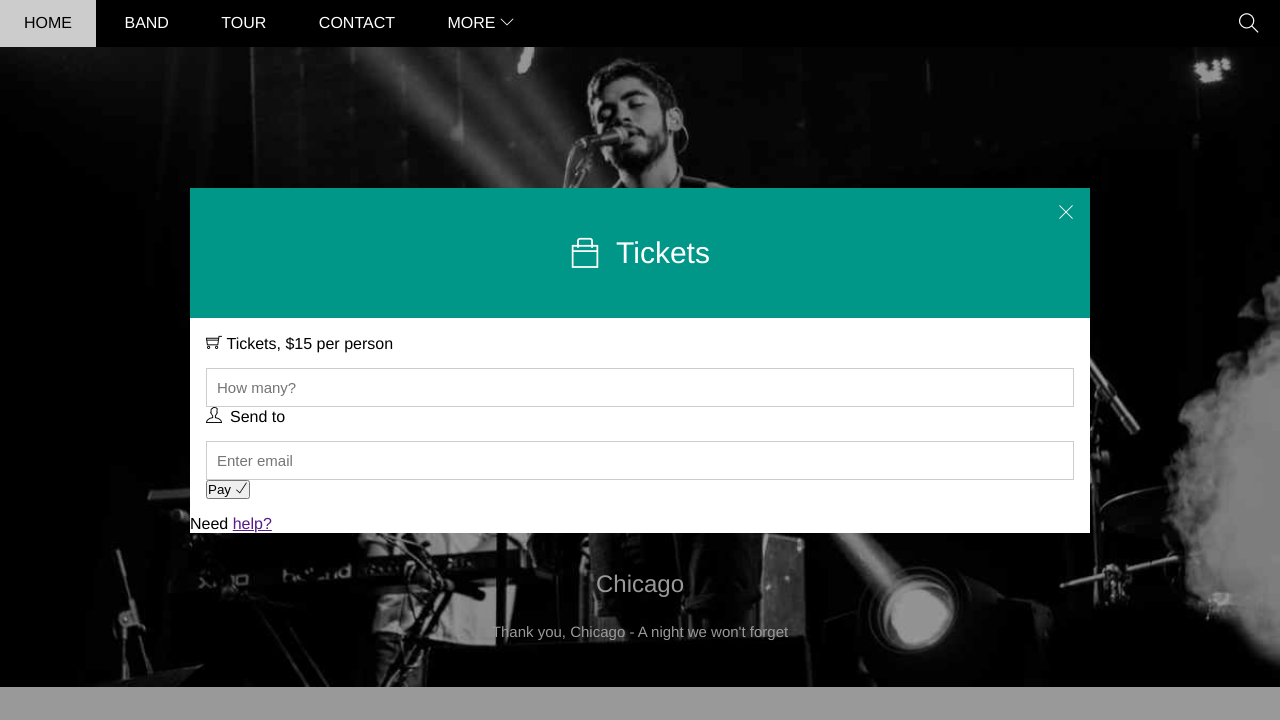
Repository: qhoa25623/The-Band
Page: index.html
The author's editor kept a copy of each file at every save. The page is drawn from the files as they stood at one save, then again after a run of saves.
The browser window is 1280 px wide. The pictures show the window.
A layer covers the whole window, so only the first screen is drawn.

Above is the page before, as saved 2022-04-27 23:05:07.

### index.html
<!DOCTYPE html>
<html lang="en">
  <head>
    <meta charset="UTF-8" />
    <meta http-equiv="X-UA-Compatible" content="IE=edge" />
    <meta name="viewport" content="width=device-width, initial-scale=1.0" />
    <title>Document</title>
    <link rel="stylesheet" href="./assets/css/styles.css" />
    <link
      rel="stylesheet"
      href="./assets/fonts/themify-icons/themify-icons.css"
    />
  </head>
  <body>
    <div id="main">
      <div id="header">
        <ul id="nav">
          <li><a href="">Home</a></li>
          <li><a href="">Band</a></li>
          <li><a href="">Tour</a></li>
          <li><a href="">Contact</a></li>
          <li>
            <a href="">
              More
              <i class="nav-arrow-down ti-angle-down"></i>
            </a>
            <ul class="subnav">
              <li><a href="">Merchandise</a></li>
              <li><a href="">Extras</a></li>
              <li><a href="">Media</a></li>
            </ul>
          </li>
        </ul>
        <div class="search-btn">
          <i class="search-icon ti-search"></i>
        </div>
      </div>
      <div id="slider">
        <div class="text-content">
          <h2 class="text-heading">Chicago</h2>
          <div class="text-description">
            Thank you, Chicago - A night we won't forget
          </div>
        </div>
      </div>
      <div id="content">
        <!-- About section-->
        <div class="content-section">
          <h2 class="section-heading">THE BAND</h2>
          <p class="section-sub-heading">We love music</p>
          <p class="about-text">
            We have created a fictional band website. Lorem ipsum dolor sit
            amet, consectetur adipiscing elit, sed do eiusmod tempor incididunt
            ut labore et dolore magna aliqua. Ut enim ad minim veniam, quis
            nostrud exercitation ullamco laboris nisi ut aliquip ex ea commodo
            consequat. Duis aute irure dolor in reprehenderit in voluptate velit
            esse cillum dolore eu fugiat nulla pariatur. Excepteur sint occaecat
            cupidatat non proident, sunt in culpa qui officia deserunt mollit
            anim id est laborum consectetur adipiscing elit, sed do eiusmod
            tempor incididunt ut labore et dolore magna aliqua. Ut enim ad minim
            veniam, quis nostrud exercitation ullamco laboris nisi ut aliquip ex
            ea commodo consequat.
          </p>
          <div class="member-list">
            <div class="member-item">
              <p class="member-name">Name</p>
              <img
                src="./assets/img/band/member1.jpg"
                alt="Name"
                class="member-img"
              />
            </div>
            <div class="member-item">
              <p class="member-name">Name</p>
              <img
                src="./assets/img/band/member1.jpg"
                alt="Name"
                class="member-img"
              />
            </div>
            <div class="member-item">
              <p class="member-name">Name</p>
              <img
                src="./assets/img/band/member1.jpg"
                alt="Name"
                class="member-img"
              />
            </div>
            <div class="clear"></div>
          </div>
        </div>

        <!-- Tour section-->
        <div class="tour-section">
          <div class="content-section">
            <h2 class="section-heading text-white">TOUR DATES</h2>
            <p class="section-sub-heading text-white">
              Remember to book your tickets!
            </p>
            <ul class="tickets-list">
              <li>September <span class="sold-out">Sold out</span></li>
              <li>October <span class="sold-out">Sold out</span></li>
              <li>November <span class="quantity">3</span></li>
            </ul>
            <!-- Places-->
            <div class="places-list">
              <div class="place-item">
                <img
                  src="./assets/img/places/place1.jpg"
                  alt="New York"
                  class="place-img"
                />
                <div class="place-body">
                  <h3 class="place-heading">New York</h3>
                  <p class="place-time">Fri 27 Nov 2016</p>
                  <p class="place-desc">
                    Praesent tincidunt sed tellus ut rutrum sed vitae justo.
                  </p>
                  <a href="#" class="place-buy-btn">Buy Tickets</a>
                </div>
              </div>

              <div class="place-item">
                <img
                  src="./assets/img/places/place2.jpg"
                  alt="New York"
                  class="place-img"
                />
                <div class="place-body">
                  <h3 class="place-heading">Paris</h3>
                  <p class="place-time">Sat 28 Nov 2016</p>
                  <p class="place-desc">
                    Praesent tincidunt sed tellus ut rutrum sed vitae justo.
                  </p>
                  <a href="#" class="place-buy-btn">Buy Tickets</a>
                </div>
              </div>

              <div class="place-item">
                <img
                  src="./assets/img/places/place3.jpg"
                  alt="New York"
                  class="place-img"
                />
                <div class="place-body">
                  <h3 class="place-heading">San Francisco</h3>
                  <p class="place-time">Sun 29 Nov 2016</p>
                  <p class="place-desc">
                    Praesent tincidunt sed tellus ut rutrum sed vitae justo.
                  </p>
                  <a href="#" class="place-buy-btn">Buy Tickets</a>
                </div>
              </div>
              <div class="clear"></div>
            </div>
          </div>
        </div>

        <!-- Contact section-->
        <div class="content-section">
          <h2 class="section-heading">CONTACT</h2>
          <p class="section-sub-heading">Fan? Drop a note!</p>
        </div>
      </div>
      <div id="footer"></div>
    </div>
    <div class="modal">
      <div class="modal-container">
        <div class="modal-close">
          <i class="ti-close"></i>
        </div>
        <header class="modal-header">
          <i class="modal-heading-icon ti-bag"></i>
          Tickets
        </header>
        <div class="modal-body">
          <label for="" class="modal-label">
            <i class="ti-shopping-cart"></i>
            Tickets, $15 per person
          </label>
          <input type="text" class="modal-input" placeholder="How many?" />

          <label for="" class="modal-label">
            <i class="ti-user"> </i>
            Send to
          </label>
          <input type="text" class="modal-input" placeholder="Enter email" />

          <button id="buy-tickets">
            Pay
            <i class="ti-check"></i>
          </button>
        </div>
        <footer class="modal-footer">
          <p class="modal-help">Need <a href="">help?</a></p>
        </footer>
      </div>
    </div>
  </body>
</html>

### assets/css/styles.css
/* Reset CSS */
* {
  padding: 0;
  margin: 0;
  box-sizing: border-box;
}
html {
  font-family: Helvetica, Arial, sans-serif;
}
.clear {
  clear: both;
}
.text-white {
  color: #fff !important;
}
#main {
}
#header {
  position: fixed;
  top: 0;
  left: 0;
  right: 0;
  height: 46.5px;
  background-color: #000;
  z-index: 1;
}
#nav {
  display: inline-block;
}
#nav,
.subnav {
  list-style-type: none;
}
#nav > li {
  display: inline-block;
}
#nav li {
  position: relative;
}
#nav > li > a {
  color: #fff;
  text-transform: uppercase;
}
#nav li a {
  text-decoration: none;
  line-height: 46.5px;
  padding: 0 24px;
  display: block;
}
#nav li:hover .subnav {
  display: block;
}
#nav > li:hover > a,
#nav .subnav li:hover a {
  color: #000;
  background-color: #ccc;
}
#nav .subnav {
  min-width: 160px;
  top: 100%;
  left: 0;
  display: none;
  position: absolute;
  background-color: #fff;
  box-shadow: 0 0 10px rgba(0, 0, 0, 0.3);
}
#nav .subnav a {
  color: #000;
  padding: 0 16px;
  line-height: 38.5px;
}
#nav .nav-arrow-down {
  font-size: 14px;
}
#header .search-btn {
  float: right;
  padding: 0 21px;
}
#header .search-btn:hover {
  background-color: #f44336;
}
#header .search-icon {
  color: #fff;
  font-size: 20px;
  line-height: 46.5px;
}
#slider {
  position: relative;
  margin-top: 46.5px;
  padding-top: 50%;
  background: url("/assets/img/slider/slider1.jpg") top center / cover no-repeat;
}
#slider .text-content {
  position: absolute;
  bottom: 47px;
  color: #fff;
  left: 50%;
  transform: translateX(-50%);
  text-align: center;
}
#slider .text-heading {
  font-weight: 500;
  font-size: 24px;
}
#slider .text-description {
  font-size: 15px;
  margin-top: 25px;
}
#content {
}
#content .content-section {
  width: 800px;
  padding: 64px 0;
  margin-left: auto;
  margin-right: auto;
}
#content .section-heading {
  font-weight: 500;
  text-align: center;
  font-size: 30px;
  letter-spacing: 3px;
}
#content .section-sub-heading {
  text-align: center;
  font-size: 15px;
  margin-top: 25px;
  font-style: italic;
  opacity: 0.6;
}
#content .about-text {
  font-size: 15px;
  margin-top: 25px;
  text-align: justify;
  line-height: 1.4;
}
#content .member-list {
  margin-top: 47px;
}
#content .member-item {
  float: left;
  width: calc(100% / 3);
  text-align: center;
}
#content .member-name {
  font-size: 15px;
}
#content .member-img {
  margin-top: 15px;
  width: 154px;
  border-radius: 4px;
}

.tour-section {
  background: #000;
}
.tickets-list {
  background-color: #fff;
  list-style: none;
  margin-top: 40px;
}
.tickets-list li {
  color: rgb(117, 117, 117);
  font-size: 15px;
  padding: 11px 16px;
  border-bottom: 1px solid rgb(221, 221, 221);
}
.tickets-list .sold-out {
  color: #ffffff;
  background-color: #f44336;
  padding: 3px 4px;
  margin: 0 0 0 16px;
}
.tickets-list .quantity {
  float: right;
  width: 24px;
  height: 22.5px;
  background-color: #000;
  border-radius: 50%;
  text-align: center;
  color: #fff;
  line-height: 22.5px;
  margin-top: -3px;
}
.places-list {
  margin-top: 32px;
  margin-left: -8px;
  margin-right: -8px;
  padding-bottom: 48px;
}
.place-item {
  float: left;
  width: calc(100% / 3);
  padding: 0 8px;
}
.place-img {
  width: 100%;
  display: block;
}
.place-img:hover {
  opacity: 0.6;
}
.place-body {
  background-color: #fff;
  padding: 16px 16px;
  font-size: 15px;
}
.place-heading {
  font-size: 15px;
  font-weight: 550;
}
.place-time {
  margin-top: 15px;
  color: #757575;
}
.place-desc {
  margin-top: 15px;
  line-height: 1.4;
}
.place-buy-btn {
  color: #fff;
  background-color: #000;
  text-decoration: none;
  display: inline-block;
  margin-top: 15px;
  padding: 11px 16px;
}

.place-buy-btn:hover {
  color: #000;
  background-color: #ccc;
}
.modal {
  position: fixed;
  top: 0;
  right: 0;
  left: 0;
  bottom: 0;
  background: rgba(0, 0, 0, 0.4);
  display: flex;
  align-items: center;
  justify-content: center;
}
.modal-container {
  background: #fff;
  width: 900px;
  min-height: 200px;
  position: relative;
}

.modal-header {
  background: #009688;
  height: 130px;
  display: flex;
  align-items: center;
  justify-content: center;
  font-size: 30px;
  color: #fff;
}
.modal-heading-icon {
  margin-right: 16px;
}
.modal-close {
  position: absolute;
  right: 0;
  top: 0;
  color: #fff;
  padding:16px;
  cursor: pointer;
}
.modal-close:hover{
  color: #000;
  background-color: #ccc;
}
.modal-body{
  padding:16px;
}
.modal-label{
  display:block;
  margin-bottom:15px;
}
.modal-input{
  border:1px solid #ccc;
  width:100%;
  font-size:15px;
  padding:10px;
}

Loaded but not shown: assets/fonts/themify-icons/themify-icons.css (common file)

After the next 3 saves:
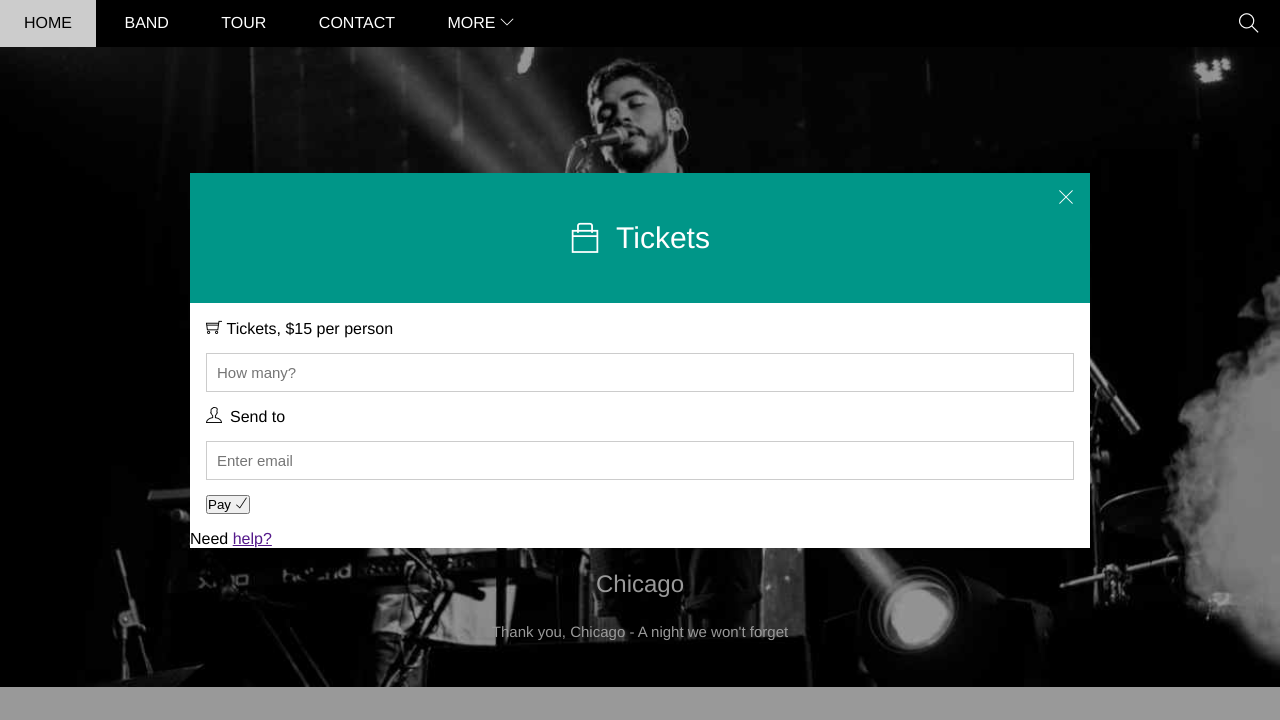
The 3 saves are shown as one change because they came seconds apart.
The last was saved 9 s later.
--- a/assets/css/styles.css
+++ b/assets/css/styles.css
@@ -283,4 +283,5 @@ html {
   width:100%;
   font-size:15px;
   padding:10px;
-}
+  margin-bottom:15px;
+}
